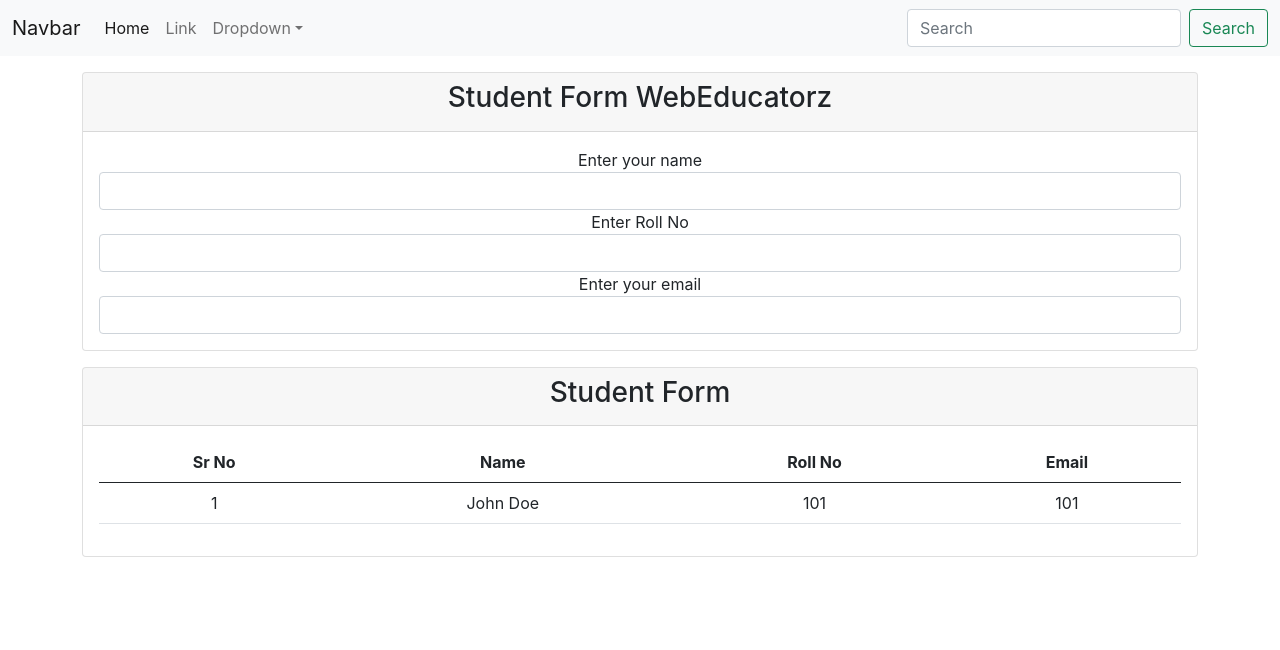
Repository: Ali0548/WebEducatorz-Batch6-7-9-10
Page: / (app in frontend/)
An editor plug-in stored every save of this project. The page is shown before and after the next save, followed by the edit.
The browser window is 1280 px wide. The pictures show the whole page.
The project was rebuilt for these pictures with package versions that can differ from the ones it lists, and the page was loaded fresh each time.

Above is the page before, as saved 2023-11-26 16:46:08.

After the next save:
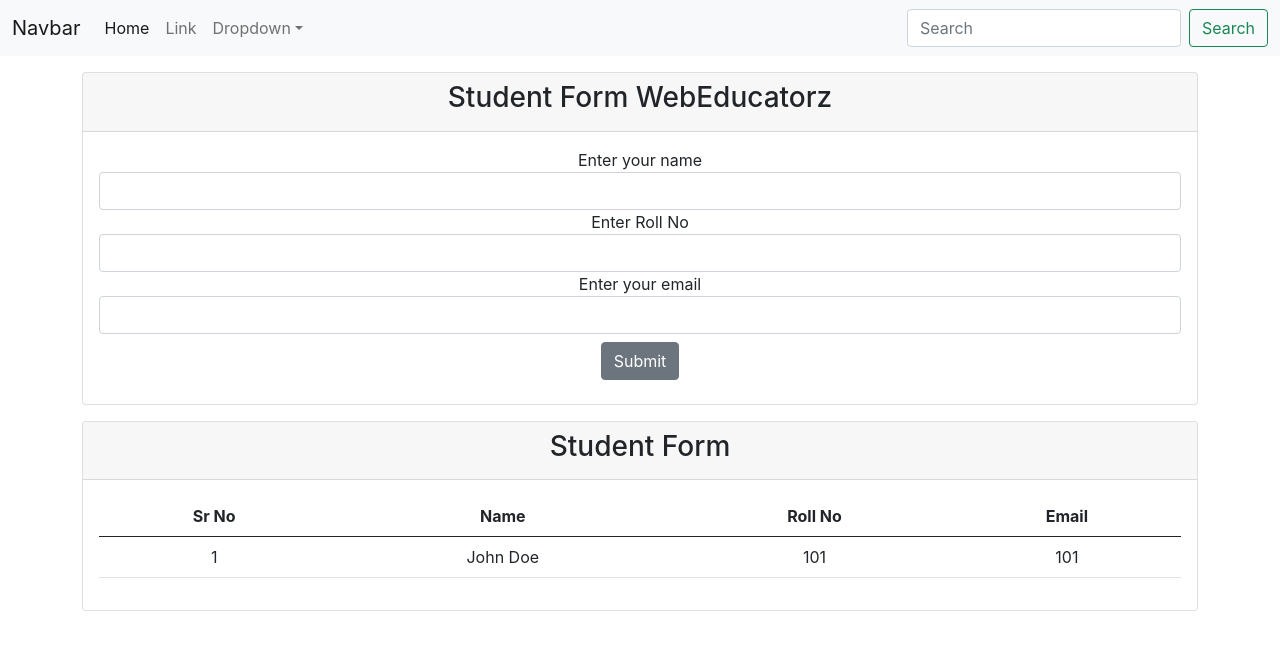
Saved 27 s later.
--- a/frontend/src/components/StudentForm.jsx
+++ b/frontend/src/components/StudentForm.jsx
@@ -27,6 +27,7 @@ const StudentForm = () => {
               <label htmlFor="">Enter your email</label>
               <input type="text" className="form-control" />
             </div>
+            <button className="btn btn-secondary my-2">Submit</button>
           </div>
         </div>
       </div>
